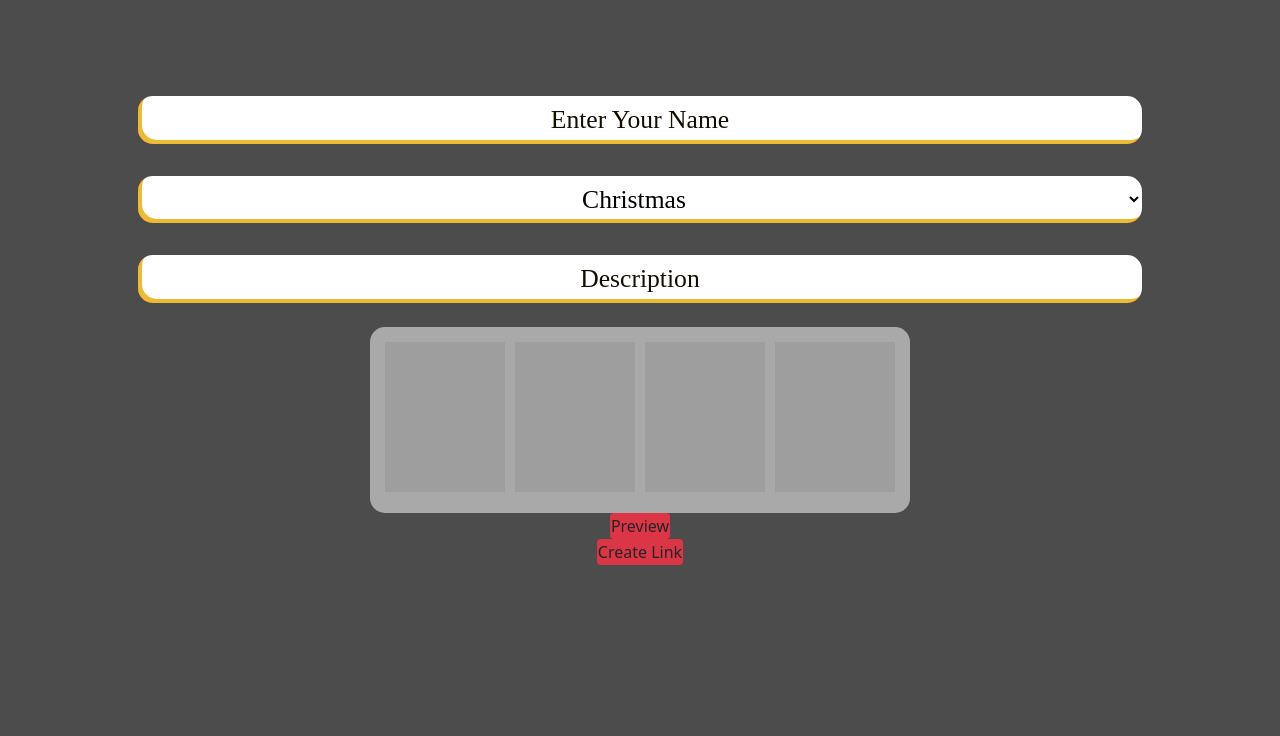
Repository: Haneef-Shaik/Greetings
Page: /
These files come from the project's save history. The page is drawn as it stood at one moment and after the next save; the edit follows.
The browser window is 1280 px wide. The pictures show the whole page.
Pictures or frames that could not be fetched are drawn as grey boxes. The project was rebuilt for these pictures with package versions that can differ from the ones it lists, and the page was loaded fresh each time. The framework's server and built-in components were replaced by stand-ins that run in the browser. Also part of the build but not shown: next.config.js, styles/card.module.scss, components/card.js, styles/socialShare.module.scss, components/socialShare.js.

Above is the page before, as saved 2021-12-01 21:12:32.

### pages/_app.js
import '../styles/globals.css'
import 'bootstrap/dist/css/bootstrap.css'


function MyApp({ Component, pageProps }) {
  return <Component {...pageProps} />
}

export default MyApp

### pages/index.js
import Card from "../components/card.js";
import {useRouter} from 'next/router';
import Ss from "../components/socialShare"
import InpFrm from "../components/form"

export default function Home() {
  const {query} = useRouter();
  const myurls='https://gratefulprayerthankfulheart.com/wp-content/uploads/2014/12/aquawhitechristmastreegreeting.jpg';

  if(query.length > 0)
  {

    if(query.greeting)
    {
      return (
        <>
          <Card event={query.event} image={query.bgImg} name={query.name} greeting={query.greeting}  />
        </>
          )
    }
    else
    {
      return (
        <>
          <Card event={query.event} image={query.bgImg} name={query.name}  />
        </>
          )
    }

  }
  else
  {
    return (
        <>
          <InpFrm />
        </>
        )
  }
    // return (
    //   <>
        {/* <Card event='Event' image={myurls} name='Name' color='red' greeting="Lorem Ipsum is simply dummy text of the printing and typesetting industry. Lorem Ipsum has been thing software like Aldus PageMaker including versions of Lorem Ipsum."  /> */}
        {/* <Ss mylink="localhost:3000/name=haneef&event=christmas" /> */}
    {/*     <Ss mylink="localhost:3000/name=haneef&event=christmasW&sddsajnodsoduaibdadbksa" /> */}
    //   </>
    //     )

}

### components/form.js
/* eslint-disable no-undef */
import React, {useState,useRef} from 'react'

import 'bootstrap/dist/css/bootstrap.min.css';
import styles from '../styles/form.module.scss';
import IMAGE from 'next/image'


function Edit() {

    const [IMG1,setImg]=useState('christmas.png');


    return (
        <div className="container-fluid p-2 "  style={{backgroundColor:'#4C4C4C'} }>
            <div className="container">
                <div className="row">
                    <div className="col-12">
                        <div className={styles.formContainer} >
                            <form className="formStyle">
                                <input type="text" placeholder="Enter Your Name" className="col-12" required />

                                <select name="festival" className="col-12 p-2">
                                    <option value="christmas">Christmas</option>
                                    <option value="newYear">New Year</option>
                                </select>

                                <input type="text" placeholder="Description" className="col-12" optional />

                                <div className="d-flex justify-content-around align-items-center flex-wrap mt-4" style={{backgroundColor:'darkgrey',borderRadius:'15px',padding:'10px'}}>
                                    {/* <label htmlFor="img1">
                                        <IMAGE src='/images/christmas/christmas.png' width={200} height={100} />
                                    </label>
                                    <label htmlFor="img2">
                                        <IMAGE src='/images/christmas/christmas.png' width={200} height={100} />
                                    </label>
                                    <label htmlFor="img3">
                                        <IMAGE src='/images/christmas/christmas.png' width={200} height={100} />
                                    </label>
                                    <label htmlFor="img4">
                                        <IMAGE src='/images/christmas/christmas.png' width={200} height={100} />
                                    </label>
                                    <input type="radio" name="BgImage" className="bgImg" id="img1" hidden="true" />
                                    <input type="radio" name="BgImage" className="bgImg" id="img2" hidden="true" />
                                    <input type="radio" name="BgImage" className="bgImg" id="img3" hidden="true" />
                                    <input type="radio" name="BgImage" className="bgImg" id="img4" hidden="true" /> */}

                                <button onClick={()=>setImg('christmas.png')} className="btn p-1">
                                    <IMAGE src='/images/christmas/christmas.png' width="120" height="150" />
                                </button>

                                <button onClick={()=>setImg('christmas1.png')} className="btn p-1">
                                    <IMAGE src='/images/christmas/christmas1.png' width="120" height="150" />
                                </button>

                                <button onClick={()=>setImg('christmas2.png')} className="btn p-1">
                                    <IMAGE src='/images/christmas/christmas2.png' width="120" height="150" />
                                </button>

                                <button onClick={()=>setImg('christmas2.png')} className="btn p-1">
                                    <IMAGE src='/images/christmas/christmas2.png' width="120" height="150" />
                                </button>

                                </div>

                                <div className="footerBanner">
                                    <div className="row ">
                                        <div className=" p-0 m-0 d-flex justify-content-around "  > <button className="bg-danger btn p-0 d-inlineblock"  >Preview</button></div>
                                        <div className=" p-0 m-0 d-flex justify-content-around "  > <button className="bg-danger btn p-0 d-inlineblock"  > Create Link </button></div>
                                    </div>
                                </div>
                            </form>
                        </div>
                    </div>
                </div>
            </div>
        </div>
    )
}


class InvitationCard extends React.Component{
    render(){
        return (

                <div className="body p-2" style={{backgroundColor: this.props.c,backgroundImage:`url(${this.props.im})`,backgroundSize:350,backgroundRepeat:'no-repeat'}} >
                    <h1 id="heading" style={{color: this.props.heading}}>{this.props.name}</h1>
                    <p style={{marginTop: "50px",color: this.props.content}}>{this.props.message}</p>
                    <p style={{color: this.props.content}} id="toWhom">{this.props.to}</p>
                </div>
        )
    }

}



export default Edit;

### styles/form.module.scss
.formContainer{
    padding:5%;
    min-height:100vh;
    background-color:#4C4C4C;
    // background: linear-gradient(#920000,#800000,#6D0000,#490000);
    input , select {
        margin-top:2rem;

        text-align:center;
        font-family: 'Times New Roman', Times, serif;
        font-size:1.6rem;
        border:none;

        background-color:#fff;
        border-radius:15px;
        box-shadow: inset 4px -4px 0px #EABC32 , inset 2px -2px 0px #f00 ;
        line-height:3rem;
        &::placeholder{
            color:#120E02;
        }
    }
    form{
        display: flex;
        align-items:center;
        justify-content: space-evenly;
        flex-direction: column;
        flex-wrap: wrap;
    }
    .bgImg:active{
        border: 5px solid white;
    }
}

Loaded but not shown: styles/globals.css (common file)

After the next save:
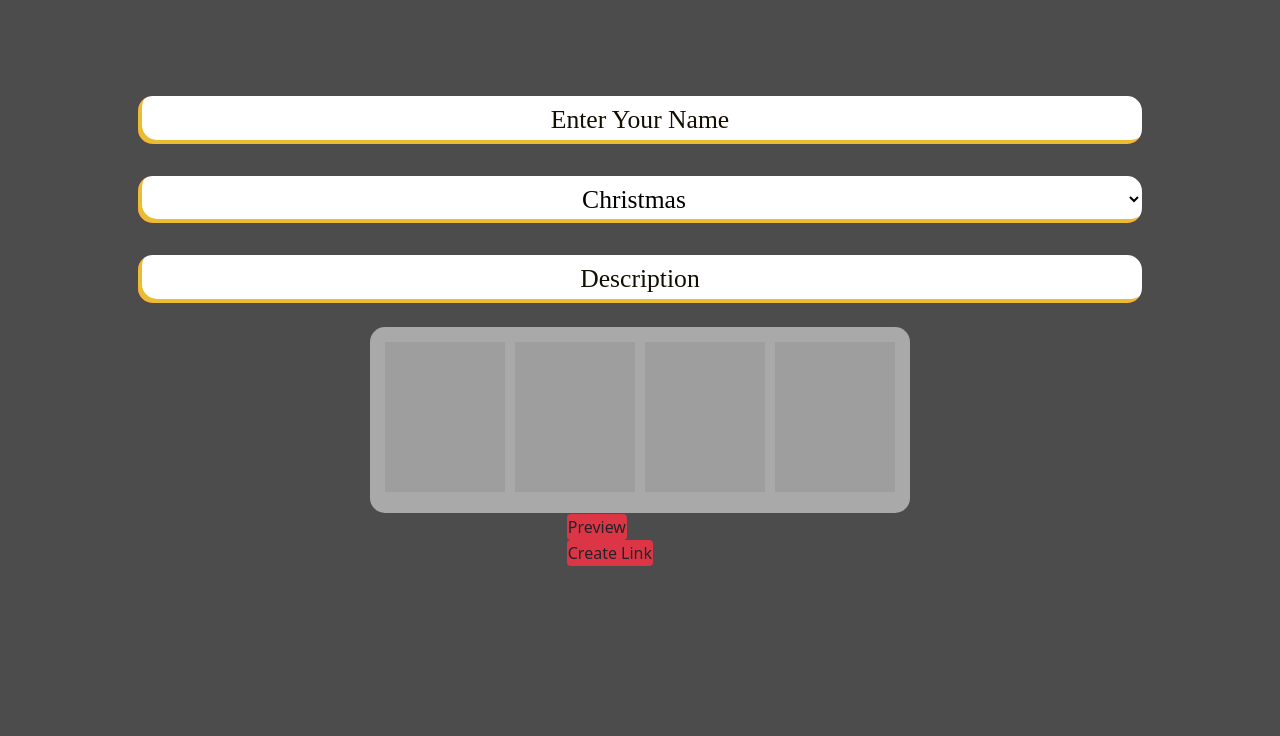
Saved 18 s later.
--- a/components/form.js
+++ b/components/form.js
@@ -65,8 +65,8 @@ function Edit() {
 
                                 <div className="footerBanner">
                                     <div className="row ">
-                                        <div className=" p-0 m-0 d-flex justify-content-around "  > <button className="bg-danger btn p-0 d-inlineblock"  >Preview</button></div>
-                                        <div className=" p-0 m-0 d-flex justify-content-around "  > <button className="bg-danger btn p-0 d-inlineblock"  > Create Link </button></div>
+                                        <div className=" p-0 m-0"  > <button className="bg-danger btn p-0 d-inlineblock"  >Preview</button></div>
+                                        <div className=" p-0 m-0"  > <button className="bg-danger btn p-0 d-inlineblock"  > Create Link </button></div>
                                     </div>
                                 </div>
                             </form>
